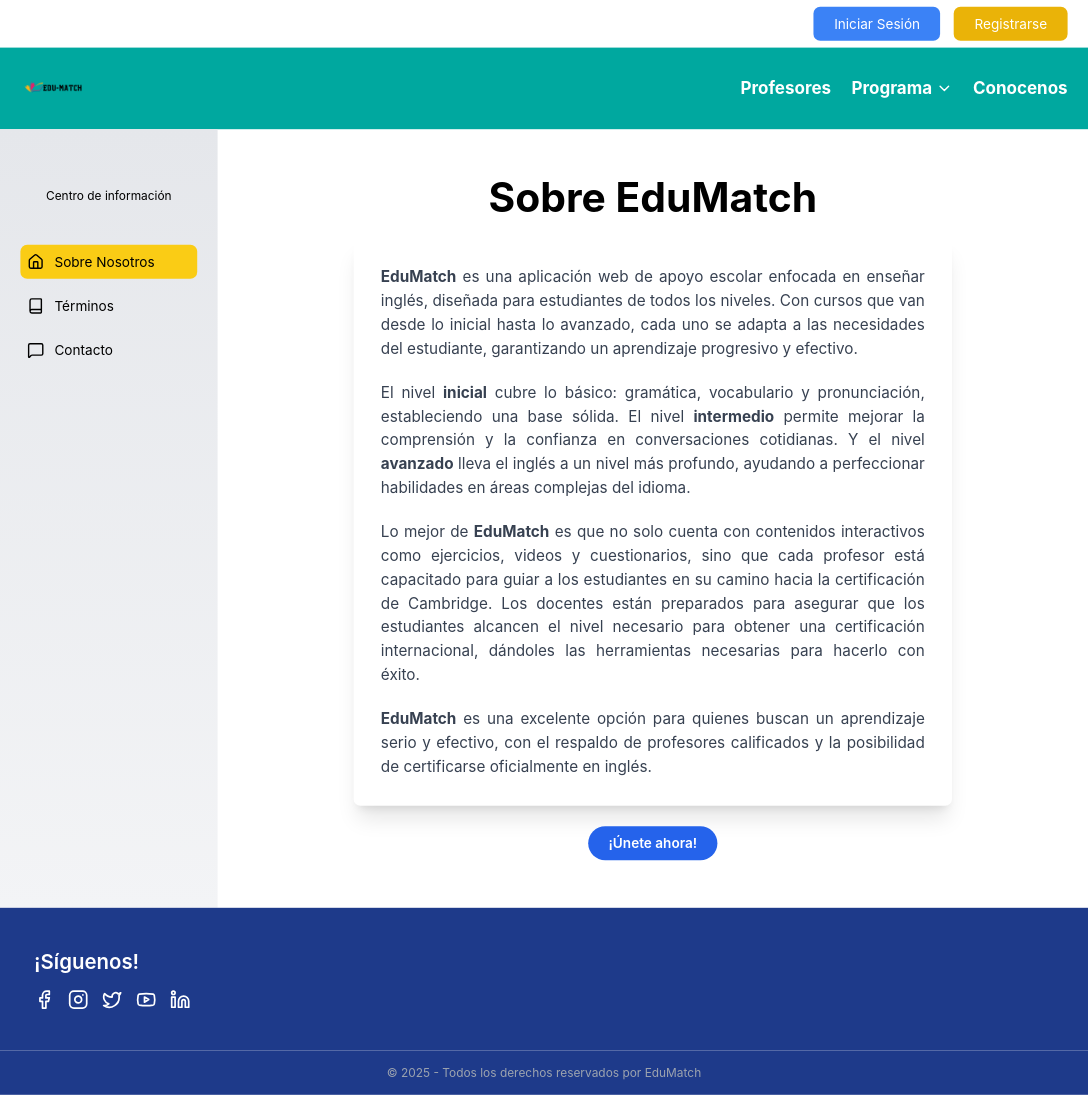
Repository: sofikalpin/EduMatch
Page: /informacion (app in frontend-sistema-apoyo/frontend-sistema-apoyo/)
The author's editor kept a copy of each file at every save. The page is drawn from the files as they stood at one save, then again after the next save.
The browser window is 1280 px wide. The pictures show the whole page, at 85% of full size.
The project was rebuilt for these pictures with package versions that can differ from the ones it lists, and the page was loaded fresh each time. Also part of the build but not shown: frontend-sistema-apoyo/frontend-sistema-apoyo/src/componentes/inicio/ProgramDropdown.js, frontend-sistema-apoyo/frontend-sistema-apoyo/src/componentes/inicio/Inicio.js, frontend-sistema-apoyo/frontend-sistema-apoyo/src/componentes/login/Login.css, frontend-sistema-apoyo/frontend-sistema-apoyo/src/componentes/login/LoginUtils.js, frontend-sistema-apoyo/frontend-sistema-apoyo/src/componentes/login/Login.js, frontend-sistema-apoyo/frontend-sistema-apoyo/src/componentes/registrar/Registrar.css, frontend-sistema-apoyo/frontend-sistema-apoyo/src/componentes/registrar/Registrar.js, frontend-sistema-apoyo/frontend-sistema-apoyo/src/componentes/perfil/Perfil.js and 4 more.

Above is the page before, as saved 2025-01-28 15:02:39.

After the next save:
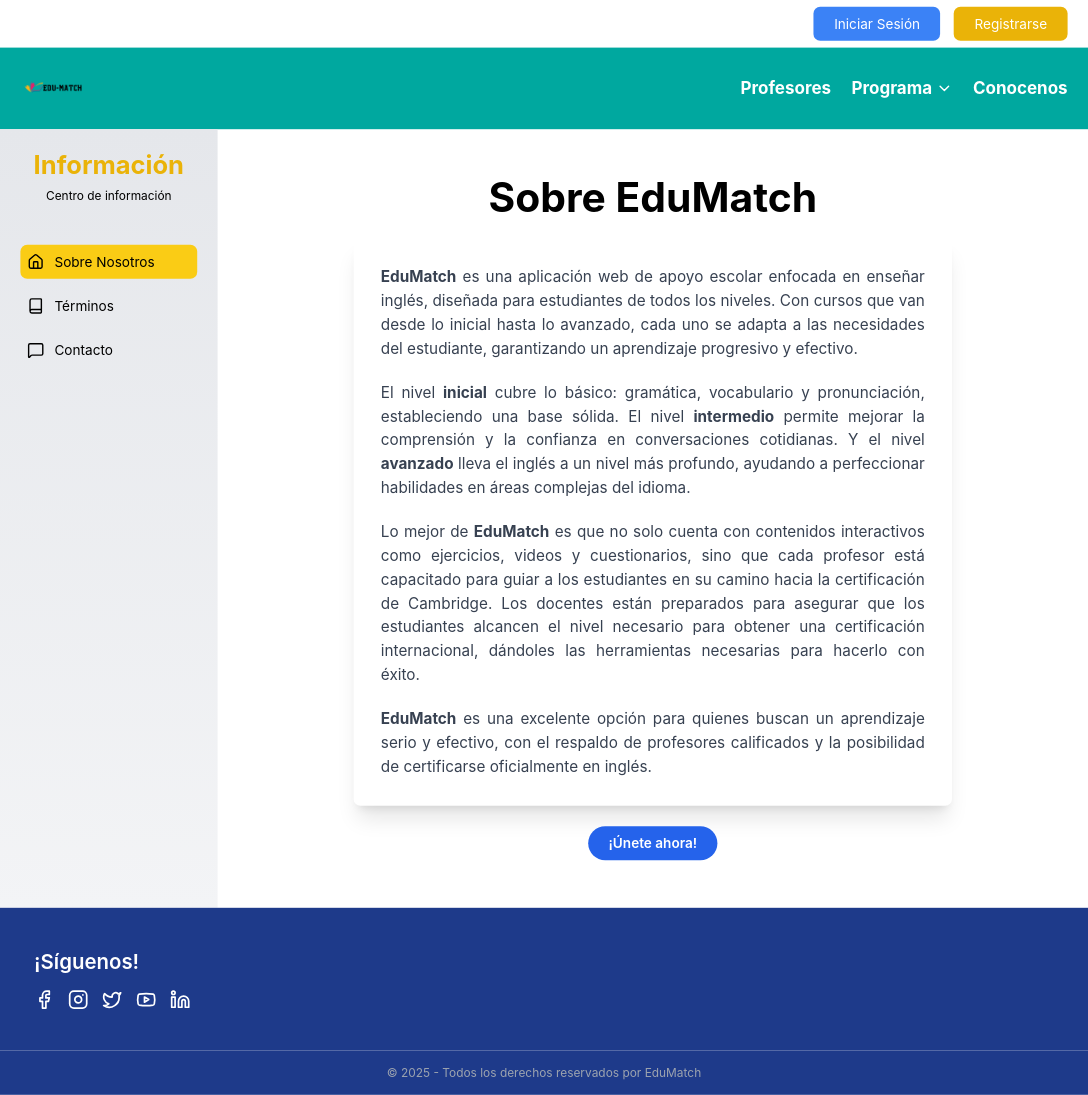
Saved 4 s later.
--- a/frontend-sistema-apoyo/frontend-sistema-apoyo/src/componentes/inicio/Informacion.js
+++ b/frontend-sistema-apoyo/frontend-sistema-apoyo/src/componentes/inicio/Informacion.js
@@ -172,7 +172,7 @@
 const Navigation = ({ currentPage, setCurrentPage }) => (
   <nav className="w-64 bg-gradient-to-b from-gray-200 to-gray-100 p-6">
     <div className="mb-12">
-      <h2 className="text-3xl font-bold text-transparent bg-clip-text text-yellow">
+      <h2 className="text-3xl font-bold text-transparent bg-clip-text text-yellow-500">
         Información
       </h2>
       <p className="text-black-400 text-sm mt-2">Centro de información</p>

After the save that followed:
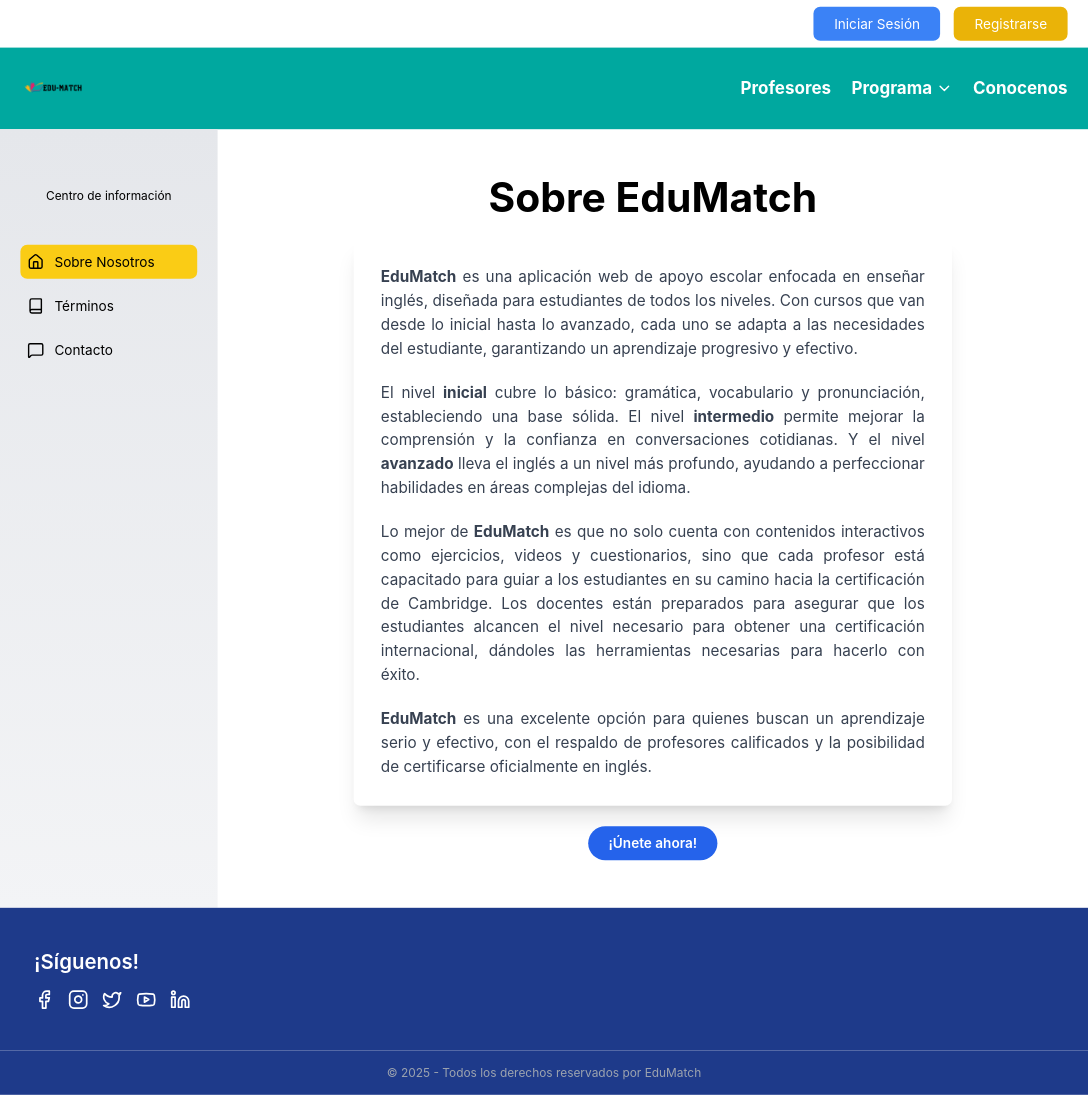
Saved 12 s later.
--- a/frontend-sistema-apoyo/frontend-sistema-apoyo/src/componentes/inicio/Informacion.js
+++ b/frontend-sistema-apoyo/frontend-sistema-apoyo/src/componentes/inicio/Informacion.js
@@ -172,7 +172,7 @@
 const Navigation = ({ currentPage, setCurrentPage }) => (
   <nav className="w-64 bg-gradient-to-b from-gray-200 to-gray-100 p-6">
     <div className="mb-12">
-      <h2 className="text-3xl font-bold text-transparent bg-clip-text text-yellow-500">
+      <h2 className="text-3xl font-bold text-transparent bg-clip-text text-blue-500">
         Información
       </h2>
       <p className="text-black-400 text-sm mt-2">Centro de información</p>
